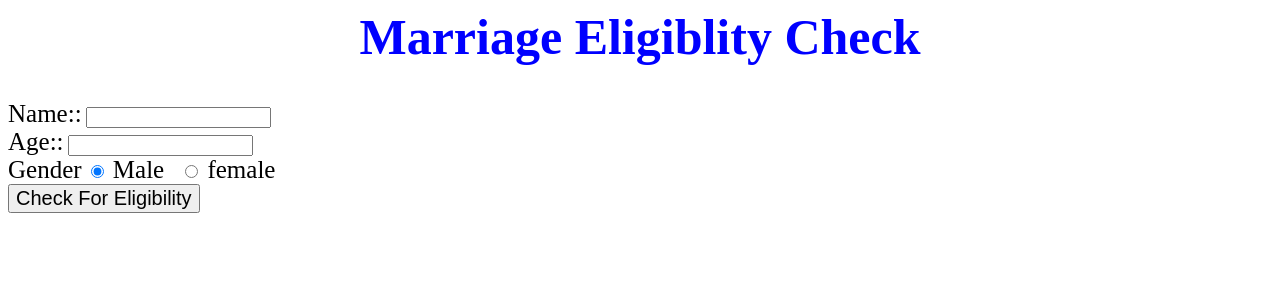
Repository: varunraj2297/AdvanceJavaWS
Page: AdvanceJavaWS/Proj-03-Html_to_Servlet_communication_Using_forms_MarriageApp/WebContent/input.html
These files come from the project's save history. The page is drawn as it stood at one moment and after the next save; the edit follows.
The browser window is 1280 px wide. The pictures show the whole page.

Above is the page before, as saved 2019-03-16 09:16:32.

After the next save:
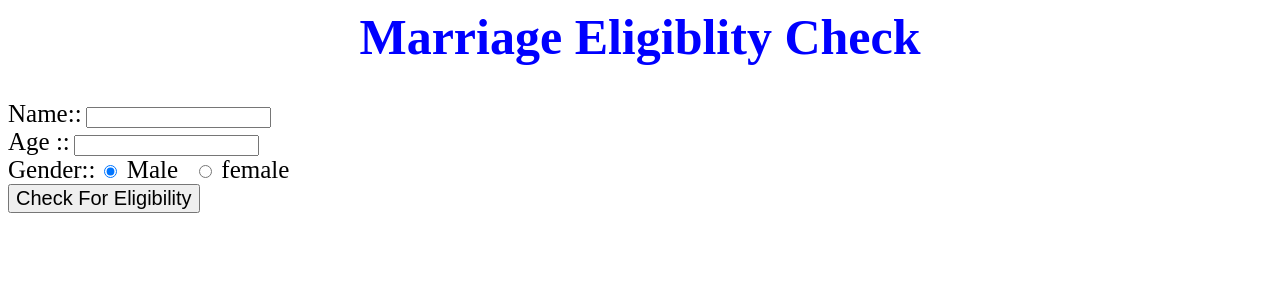
Saved 46 s later.
--- a/AdvanceJavaWS/Proj-03-Html_to_Servlet_communication_Using_forms_MarriageApp/WebContent/input.html
+++ b/AdvanceJavaWS/Proj-03-Html_to_Servlet_communication_Using_forms_MarriageApp/WebContent/input.html
@@ -3,10 +3,10 @@
 <label style="font-size: 25px;">Name::</label>
 <input type="text" name="name">
 <br>
-<label style="font-size:25px ">Age::</label>
+<label style="font-size:25px ">Age    ::</label>
 <input type="text" name="age">
 <br>
-<label style="font-size: 25px">Gender</label>
+<label style="font-size: 25px">Gender::</label>
 <input type="radio"  name='gender' value='M' checked ><label style="font-size: 25px"> Male</label> &nbsp;&nbsp;
 	<input type="radio" name='gender' value='F'><label style="font-size: 25px"> female</label> &nbsp;&nbsp;<br>
 <input type="submit" style="font-size: 20px" value="Check For Eligibility" >
